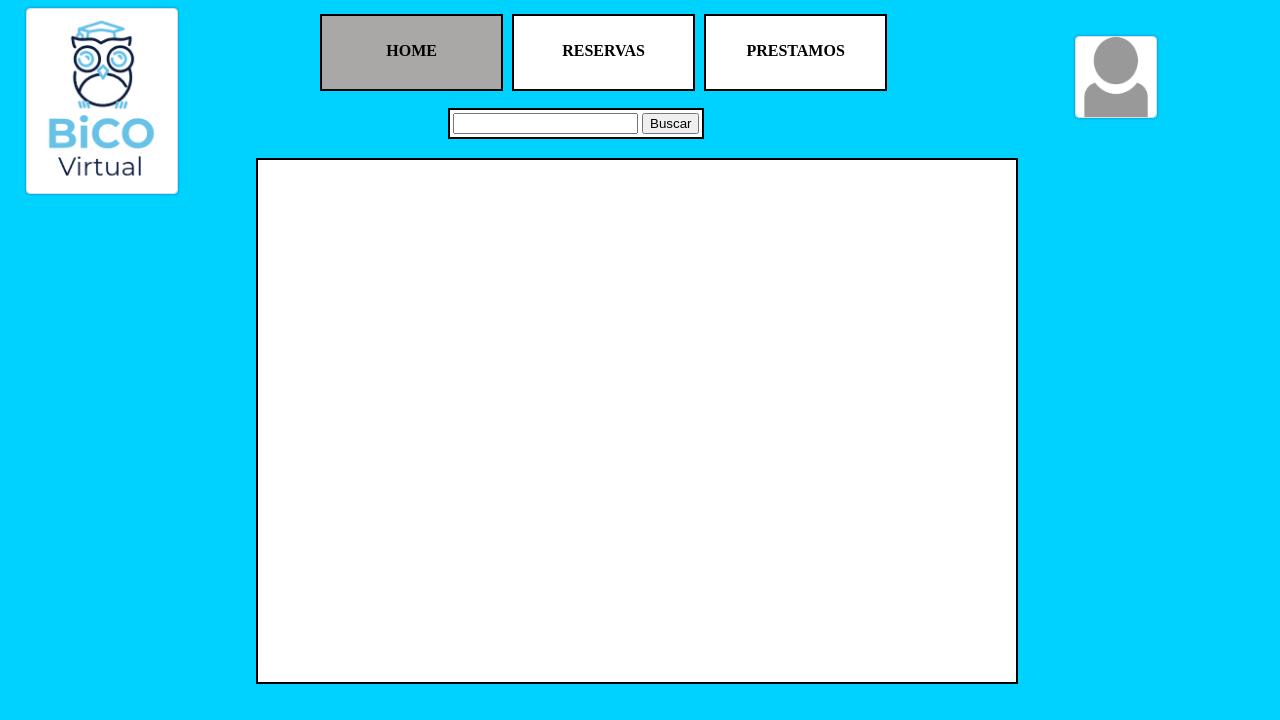
Repository: i72frpeu/IW_Bien
Page: http://localhost/Trabajo_IW/Vistas/Libro.jsp
An editor plug-in stored every save of this project. The page is shown before and after the next save, followed by the edit.
The browser window is 1280 px wide. The pictures show the whole page.
The page is served by Tomcat 9. Other server files are loaded and not shown.

Above is the page before, as saved 2020-05-16 17:52:23.

### WorkSpace/Trabajo IW/WebContent/Vistas/Libro.jsp
<%@ page language="java" contentType="text/html; charset=ISO-8859-1" pageEncoding="ISO-8859-1"%>
<%@ include file="../Includes/header.jsp" %>

<!DOCTYPE html>

<html>

<head>
	<meta charset="ISO-8859-1">
	<title>Home (Libros)</title>
	<link rel="stylesheet" type="text/css" href="../CSS/header.css">
	<link rel="stylesheet" type="text/css" href="../CSS/wf4.0.css">
</head>

<body>
  <!--Roll de artículos-->

  <div class="buscador">
  	<form>
  		<table>
  		<tr>
  		<td><input type="text" name="buscar" required></td>
  		<td><input type="submit" value="Buscar"></td>
  		</tr>
  		</table>
  	</form>
  </div>

  <div class="div_home">

  </div>

</body>

</html>

### WorkSpace/Trabajo IW/WebContent/Includes/header.jsp
<!DOCTYPE html>
<html>

<head>
	<meta charset="ISO-8859-1">
</head>

<body>
  <header class="main-header">
    <!--Definimos el logo-->
    <img src="../img/logo.PNG" alt="LOGO" class="logo_home">
    <!--Enlace a HOME-->
	<a href="" class="link_home"><strong>HOME</strong></a>
    <!--Enlace a AMIGOS-->
    <a href="" class="link_amigos"><strong>RESERVAS</strong></a>
    <!--Enlace a BUSCADOR-->
    <a href="" class="link_buscador"><strong>PRESTAMOS</strong></a>
    <!--Definimos imagen usuario-->
    <div>
      <img src="../img/profile-42914_960_720.png" alt="IMG_USER" class="img_user">
      <div class="options_user">
        <form>
        </form>
      </div>
    </div>
  </header>
 </body>
 </html>

### WorkSpace/Trabajo IW/WebContent/CSS/header.css
body
{
	background-color: rgb(0,210,255);
}


/*153x100 pixeles*/
.logo_home
{
	position: fixed;
	left: 2%;
	width: 150px;
	margin-right: 5%;
	border: 1px solid #ddd;
  	border-radius: 4px;
  	box-shadow: 0 0 2px 1px rgba(0, 140, 186, 0.5);
}

.img_user
{
	position: fixed;
	left: 82%;
	top: 5%;
	width: 80px;
	height: 80px;
	margin-left: 2%;
	border: 1px solid #ddd;
  	border-radius: 4px;
  	box-shadow: 0 0 2px 1px rgba(0, 140, 186, 0.5);
}
.options_user
{
	position: fixed;
	top: 18%;
	left: 84%;
}


.link_home
{
	background-color: white;
	border: 2px solid black;
	color: black;
	text-decoration: none;
	padding: 2%;
	left: 25%;
	top:2%;
	width: 10%;
	height: 3%;
	text-align: center;
	position: fixed;
}

.link_amigos
{
	background-color: white;
	border: 2px solid black;
	color: black;
	text-decoration: none;
	padding: 2%;
	left: 40%;
	top:2%;
	width: 10%;
	height: 3%;
	text-align: center;
	position: fixed;
}

.link_buscador
{
	background-color: white;
	border: 2px solid black;
	color: black;
	text-decoration: none;
	padding: 2%;
	left: 55%;
	top:2%;
	width: 10%;
	height: 3%;
	text-align: center;
	position: fixed;
}

.link_foro
{
	background-color: white;
	border: 2px solid black;
	color: black;
	text-decoration: none;
	padding: 2%;
	left: 65%;
	top:2%;
	width: 10%;
	height: 3%;
	text-align: center;
	position: fixed;
}

div.div_lista_amigos
{
	background-color: white;
	border: 2px solid black;
	position: fixed;
	left: 2%;
	top: 40%;
	width: 10%;
	height: 45%;
	padding: 2%;
	overflow: auto;
}

.boton_cir
{
	border-radius: 200px 200px 200px 200px;
	-moz-border-radius: 200px 200px 200px 200px;
	-webkit-border-radius: 200px 200px 200px 200px;
	left: 85%;
	top: 75%;
	width: 100px;
	height: 100px;
	font-size: 80px;
	position: fixed;
	border: 0;
	color: white;
	background-color: rgb(0, 46, 255);
	box-shadow: 0 4px 8px 0 rgba(0, 0, 0, 0.2), 0 6px 20px 0 rgba(0, 0, 0, 0.19);
 }

a.sobre
{
	position: fixed;
	left: 30%;
	top: 96%;
}

a.tecnico
{
	position: fixed;
	left: 60%;
	top: 96%;
}

.div_home
{
	background-color: white;
	border: 2px solid black;
	position: fixed;
	left: 20%;
	right: 20.5%;
	top:22%;
	bottom: 5%;
	color: black;
	overflow: auto;
}

.img_user_2
{
	top: 5px;
	left: 5px;
	height: 50px;
	width: 50px;
	border: 1px solid #ddd;
  	border-radius: 4px;
}
table.uno
{
	border: 2px solid black;
	border-spacing: 20px 10px;

	width: 100%;

}

table.dos
{
	border: 2px solid white;
	border-spacing: 10px;
	width: 100%;

}
.td_user_des
{
	border: 2px solid black;
	width: 100%;
}

.buscador
{
	position: relative;
	top: 2%;
	left: 15%;

}
.q_buscador
{
	width: 60%;
}

### WorkSpace/Trabajo IW/WebContent/CSS/wf4.0.css
.link_home
{
	background-color: rgb(170, 167, 167);
}

div.buscador
{
	background-color: white;
	border: 2px solid black;
	position: fixed;
	top: 15%;
	left: 35%;
}

After the next save:
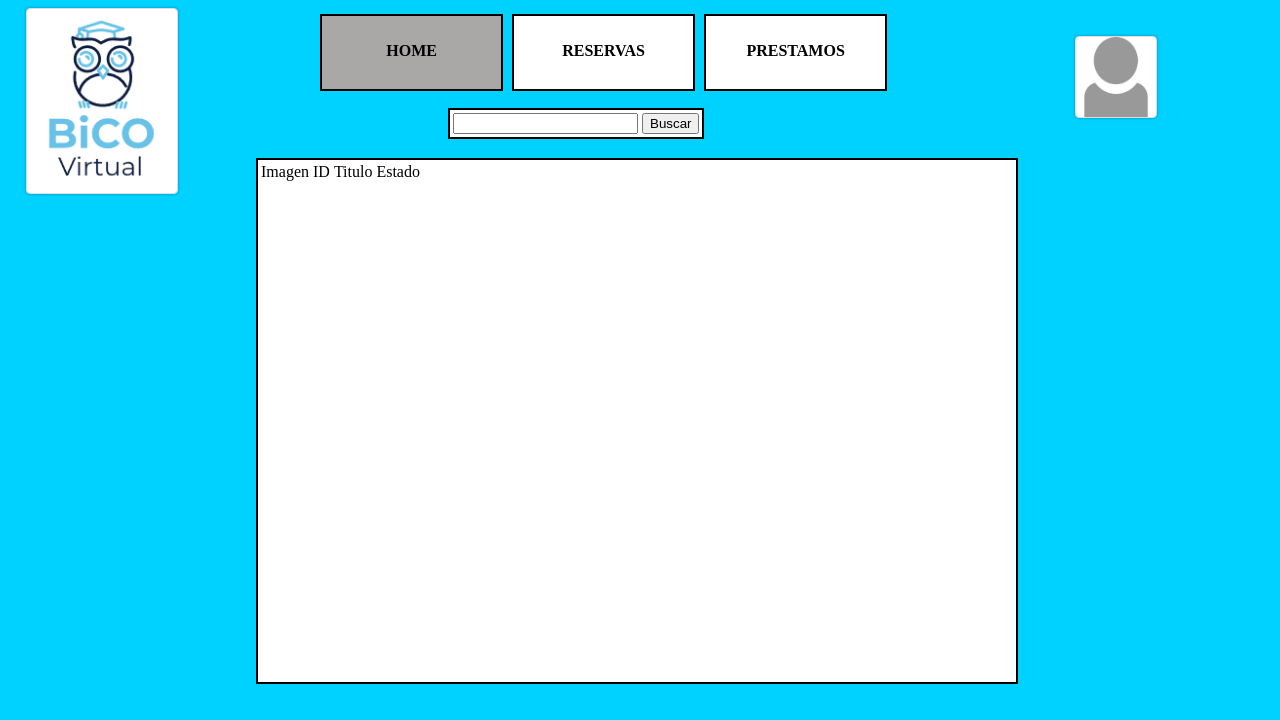
Saved 3 min 32 s later.
--- a/WorkSpace/Trabajo IW/WebContent/Vistas/Libro.jsp
+++ b/WorkSpace/Trabajo IW/WebContent/Vistas/Libro.jsp
@@ -27,7 +27,11 @@
   </div>
 
   <div class="div_home">
-
+	<table>
+		<tr>
+			<td> Imagen </td> <td> ID </td> <td> Titulo </td> <td> Estado </td>
+		</tr>
+	</table>
   </div>
 
 </body>
